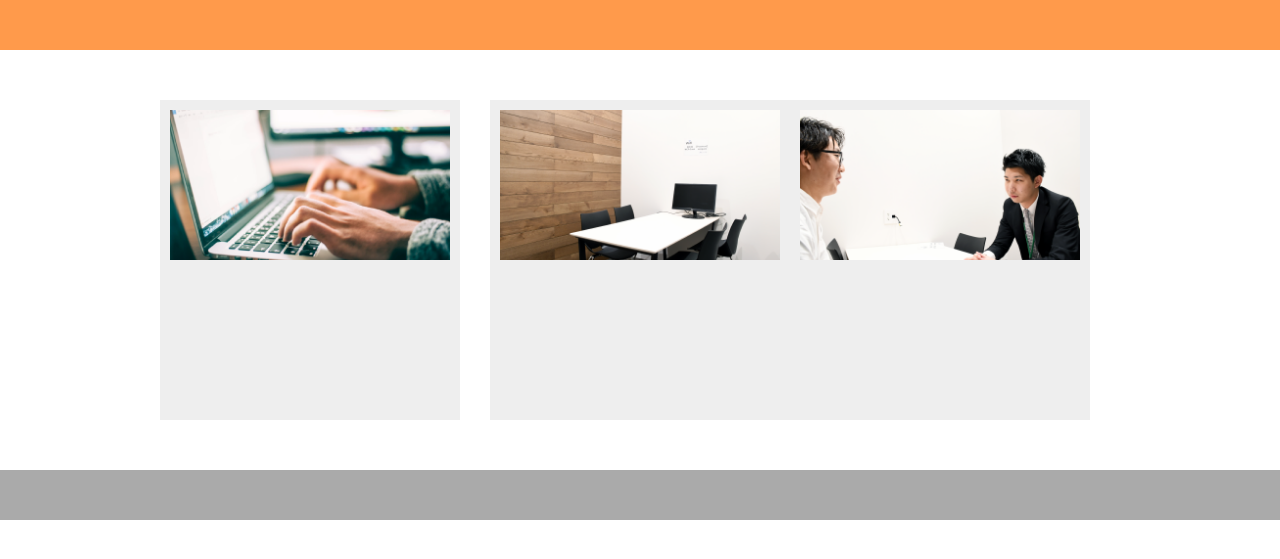
Repository: chihuyu3369/curriculum
Page: chapter9/index.html
The author's editor kept a record of every edit. The page is drawn from the files as they stood at one moment, then again after the next edit.
The browser window is 1280 px wide. The pictures show the whole page.

Above is the page before.

After the next edit:
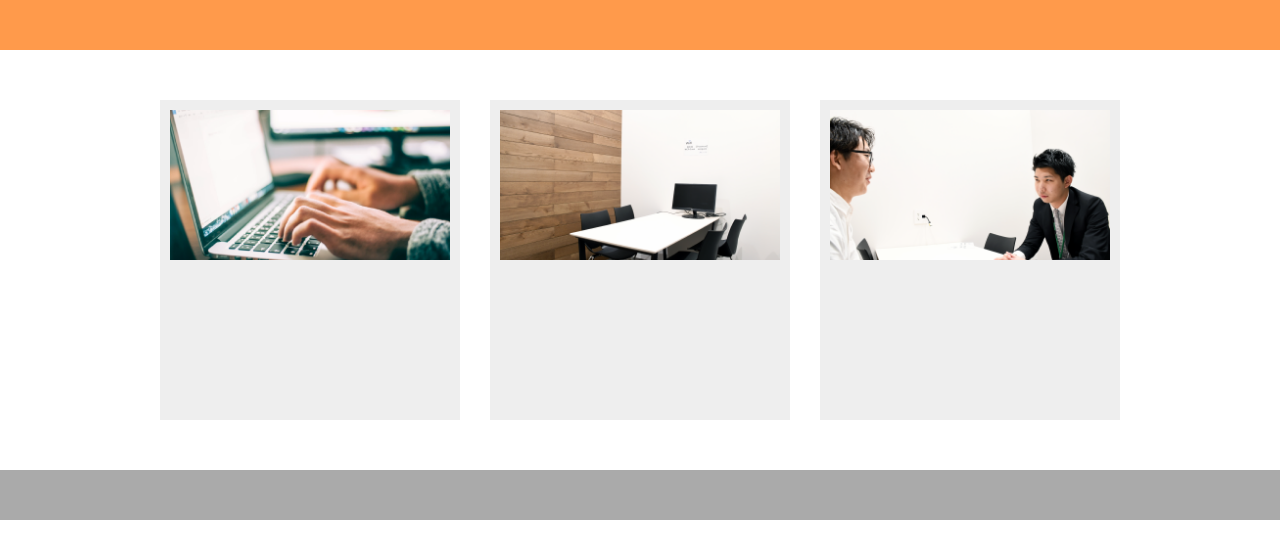
The edit:
--- a/chapter9/index.html
+++ b/chapter9/index.html
@@ -27,7 +27,7 @@
     </div>
 
 
-    <div class="main-visual">
+    <div class="main-visual3">
       <div class="main-visual-img3"></div>
 
 
